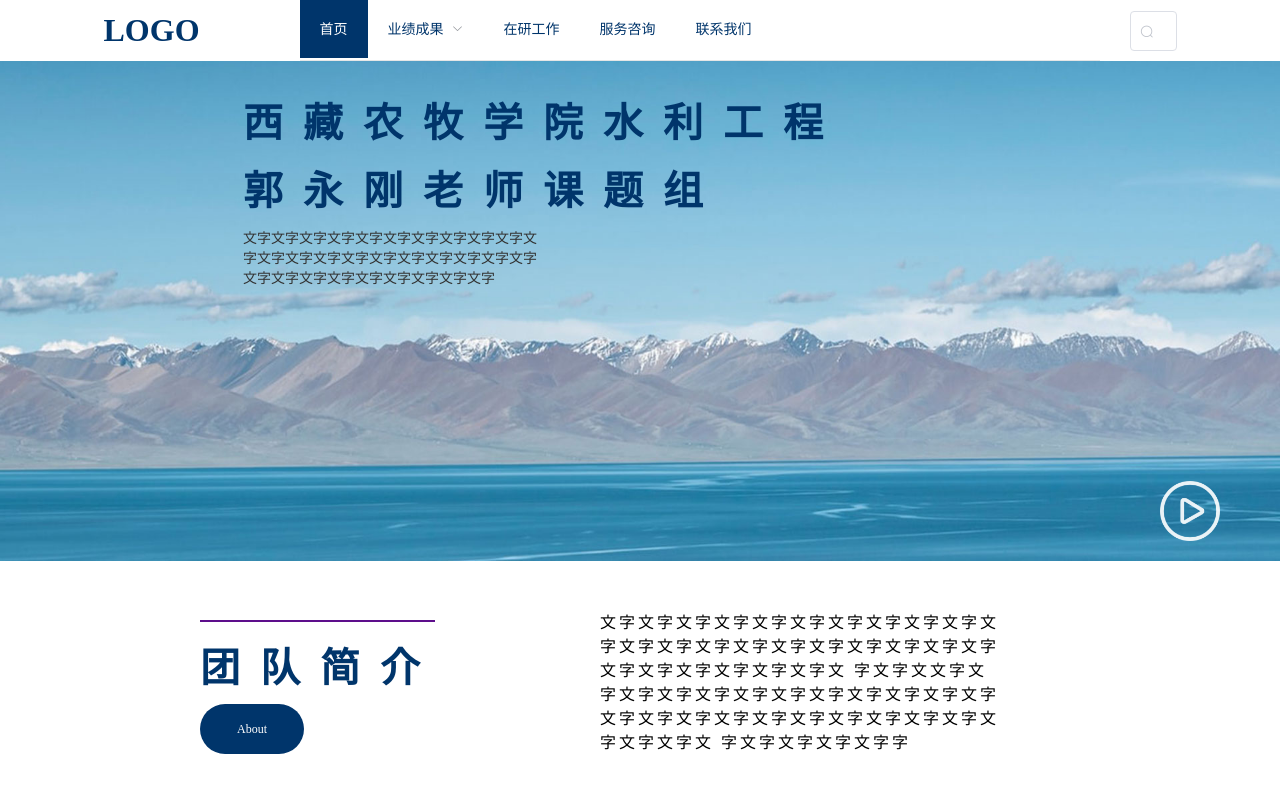
Repository: BLSY/xzust
Page: /
The author's editor kept a copy of each file at every save. The page is drawn from the files as they stood at one save, then again after the next save.
The browser window is 1280 px wide. The pictures show the whole page.
The project was rebuilt for these pictures with package versions that can differ from the ones it lists, and the page was loaded fresh each time.

Above is the page before, as saved 2022-11-27 09:22:50.

### index.html
<!DOCTYPE html>
<html>
  <head>
    <meta charset="utf-8">
    <meta name="viewport" content="width=device-width,initial-scale=1.0">
    <title>student</title>
  </head>
  <body style="margin:0;">
    <div id="app"></div>
    <!-- built files will be auto injected -->
  </body>
</html>

### src/main.js
// The Vue build version to load with the `import` command
// (runtime-only or standalone) has been set in webpack.base.conf with an alias.
import Vue from 'vue'
import App from './App'
import ElementUI from 'element-ui';
import 'element-ui/lib/theme-chalk/index.css';
import router from './router'

Vue.use(ElementUI);
Vue.config.productionTip = false

/* eslint-disable no-new */
new Vue({
  el: '#app',
  router,
  components: { App },
  template: '<App/>'
})

### src/App.vue
<template>
  <div id="app">
    <router-view/>
  </div>
</template>

<script>
export default {
  name: 'App'
}
</script>

<style>
#app {

}
</style>

### src/components/HelloWorld.vue
<template>
  <div class="indexBox">
    <div class="nav">
      <div class="login">LOGO</div>
      <div class="navList">
        <el-menu
          :default-active="activeIndex2"
          class="el-menu-demo"
          mode="horizontal"
          @select="handleSelect"
          background-color="#fff"
          text-color="#00356B"
          active-text-color="#fff"
        >
          <el-menu-item index="1">首页</el-menu-item>
          <el-submenu index="2">
            <template slot="title">业绩成果</template>
            <el-menu-item index="2-1">选项1</el-menu-item>
            <el-menu-item index="2-2">选项2</el-menu-item>
            <el-menu-item index="2-3">选项3</el-menu-item>
          </el-submenu>
          <el-menu-item index="3">在研工作</el-menu-item>
          <el-menu-item index="4">服务咨询</el-menu-item>
          <el-menu-item index="5">联系我们</el-menu-item>
        </el-menu>
      </div>
      <div class="serch">
        <el-input
          placeholder="请输入内容"
          prefix-icon="el-icon-search"
          v-model="input2"
        >
        </el-input>
      </div>
    </div>
    <div class="top">
      <div class="toptext">
        <h3 class="h-text">西藏农牧学院水利工程</h3>
        <h3 class="h-text" >郭永刚老师课题组</h3>
        <div class="detil">
          文字文字文字文字文字文字文字文字文字文字文字文字文字文字文字文字文字文字文字文字文字文字文字文字文字文字文字文字文字文字
        </div>

      </div>
      <div class="starvidio">
        </div>
    </div>
    <div class="team">
      <div class="team-left">
        <div class="line"></div>
        <h3 class="team-title">团队简介</h3>
        <div class="team-icon">About</div>
      </div>
      <div class="team-right">
        <div class="right-text">
          文字文字文字文字文字文字文字文字文字文字文字文字文字文字文字文字文字文字文字文字文字文字文字文字文字文字文字文
          字文字文文字文字文字文字文字文字文字文字文字文字文字文字文字文字文字文字文字文字文字文字文字文字文字文字文字文
          字文字文字文字文字字
        </div>

      </div>
    </div>
  </div>
</template>

<script>
export default {
  name: "HelloWorld",
  data() {
    return {
      activeIndex2: "1",
      input2: "",
    };
  },
  props: {
    msg: String,
  },
  methods: {
    handleSelect(key, keyPath) {
      console.log(key, keyPath);
    },
  },
};
</script>

<!-- Add "scoped" attribute to limit CSS to this component only -->
<style scoped >
*{
  list-style: none;
}
h3{
  margin: 0;
  padding: 0;
  margin: 10px 0;
}
.indexBox {
  width: 100%;
  height: 100%;
  position: relative;
  box-sizing: border-box;
}
.nav {
  display: flex;
  align-items: center;
  justify-content: center;
  padding: 0 200px;
}
.login {
  display: inline-block;
  font-size: 32px;
  font-weight: bold;
  color: #00356B;
  font-family: MicrosoftYaHei;
  margin-right: 100px;
}
.navList{
  display: inline-block;
  min-width:800px;
}
.serch{
  display: inline-block;
  margin-left:30px ;
}
.el-menu-item.is-active{
  background: #00356B !important;
}
.top{
  box-sizing: border-box;
  background: url(../assets/topbackg.jpg) no-repeat ;
  background-size:100% 100% ;
  position: relative;
  height: 500px;
  text-align: center;
  overflow: hidden;
  padding: 0 200px;
}
  .toptext{
    display: inline-block;
    margin-top: 20px;
    min-width: 794px;
    text-align: left;
  }
  .h-text{
    color: #00356B;
    font-size: 40px;
    letter-spacing:20px;
  }
  .detil{
    display: inline-block;
    width:300px;
    font-size: 14px;
    text-align: left;
    color:#333;
  }
  .starvidio{
    background: url(../assets/bapfang.png) no-repeat;
    background-size:100% 100% ;
    position: absolute;
    bottom: 20px;
    right: 60px;
    height: 60px;
    width: 60px;
  }
  .team{
    height: 240px;
    display: flex;
    flex-direction: row;
    align-items: center;
    justify-content: space-between;
    padding: 0 200px;
  }
  .team-left{
    width: 500px;
    text-align: cente;
  }
  .team-right{
    width: 600px;
  }
  .right-text{
    width: 400px;
    text-align: left;
   letter-spacing:3px;
  }
  .team-title{
    color: #00356B;
    font-size: 40px;
    letter-spacing:20px;
  }
  .line{
    display: inline-block;
    margin: auto;
    width: 233px;
    border: 1px solid #5D0E8B;
  }
  .team-icon{
    text-align: center;
    width: 104px;
    height: 50px;
    line-height: 50px;
    color: #fff;
    font-size: 12px;
    background: #00356B;
    border-radius: 25px;
  }
</style>

Loaded but not shown: src/router/index.js (common file)

After the next save:
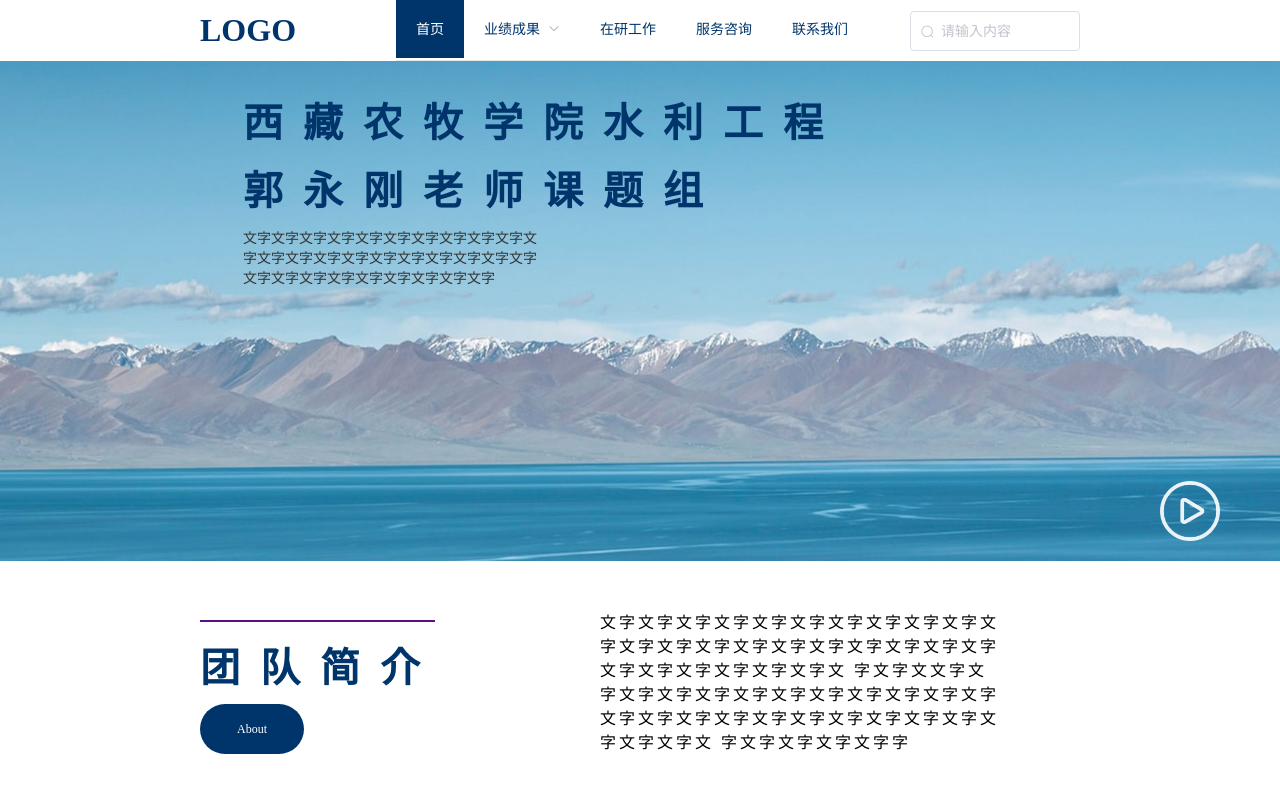
Saved 3 min 3 s later.
--- a/src/components/HelloWorld.vue
+++ b/src/components/HelloWorld.vue
@@ -115,7 +115,7 @@
 }
 .navList{
   display: inline-block;
-  min-width:800px;
+  min-width:55%;
 }
 .serch{
   display: inline-block;
